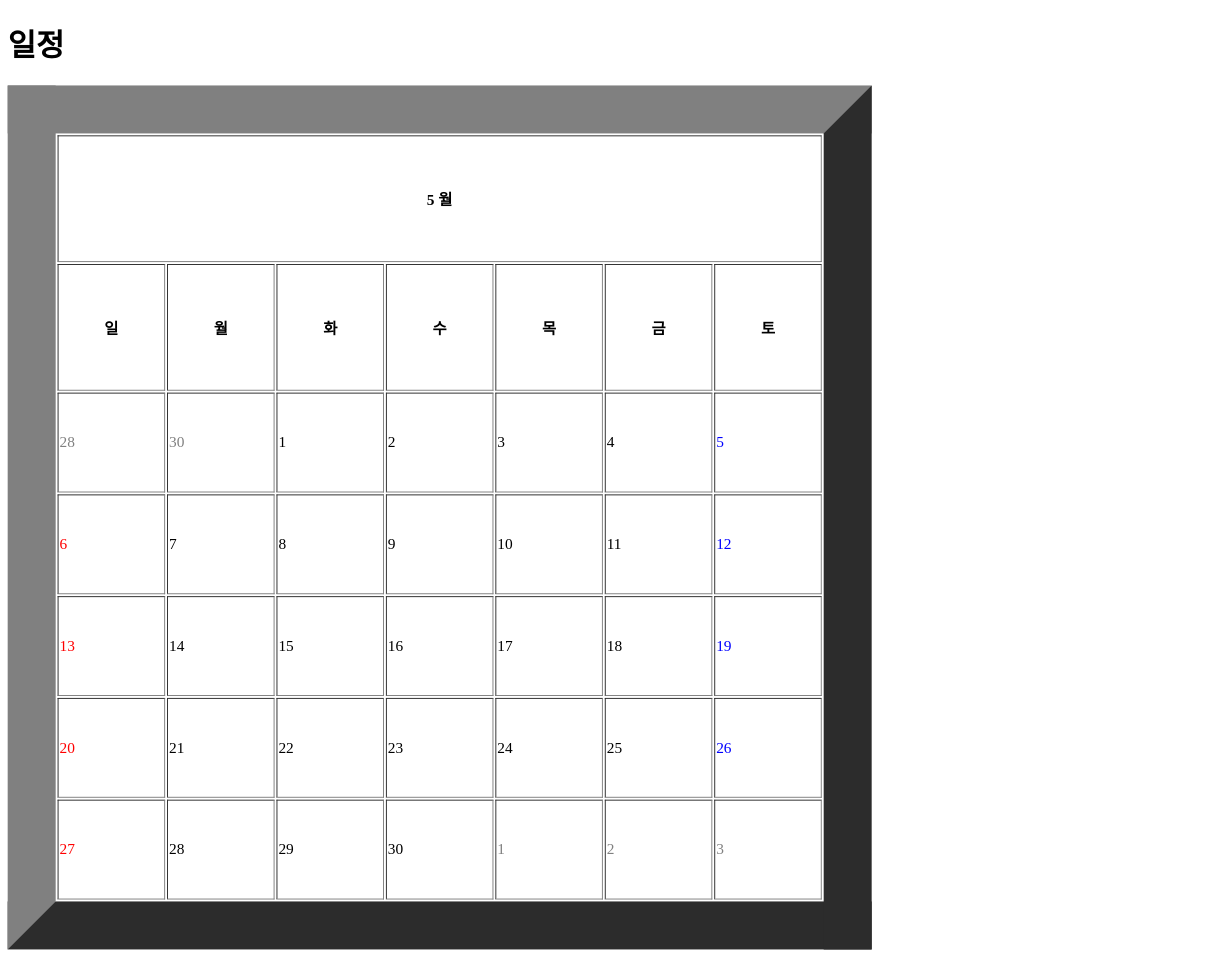
Repository: ssleap/multicampusIoT
Page: workspace190520/edu1/WebContent/workshop.html
The author's editor kept a copy of each file at every save. The page is drawn from the files as they stood at one save, then again after the next save.
The browser window is 1280 px wide. The pictures show the whole page, at 96% of full size.

Above is the page before, as saved 2019-05-20 07:41:03.

After the next save:
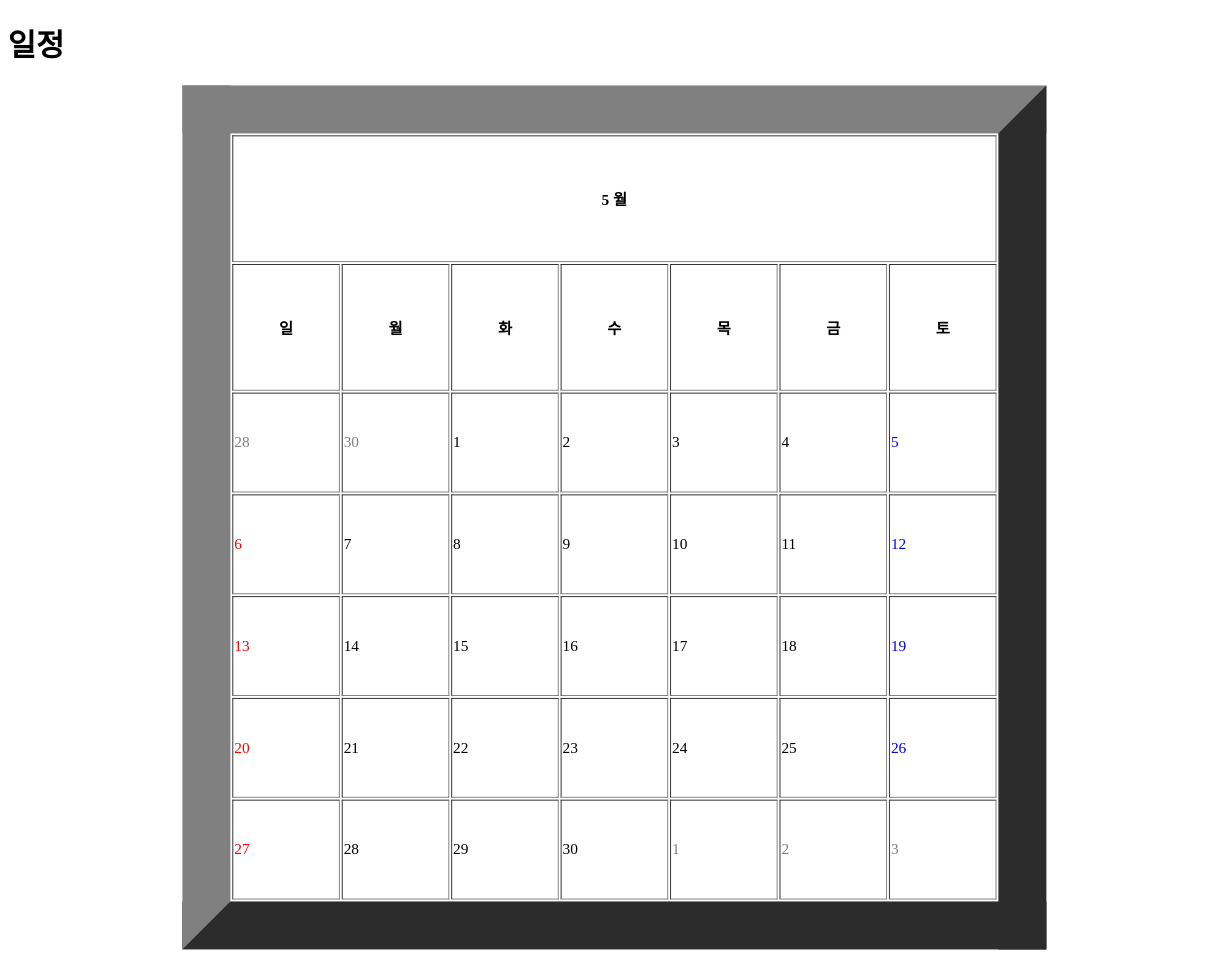
Saved 26 s later.
--- a/workspace190520/edu1/WebContent/workshop.html
+++ b/workspace190520/edu1/WebContent/workshop.html
@@ -8,7 +8,7 @@
 <body>
 	<h1>일정</h1>
 
-	<table width = "900" height = "900" border = "50">
+	<table align = "center" width = "900" height = "900" border = "50">
 		<tr><th colspan = "7">5 월</th></tr>
 		<tr><th>일</th><th>월</th><th>화</th><th>수</th>
 		<th>목</th><th>금</th><th>토</th></tr>

After the save that followed:
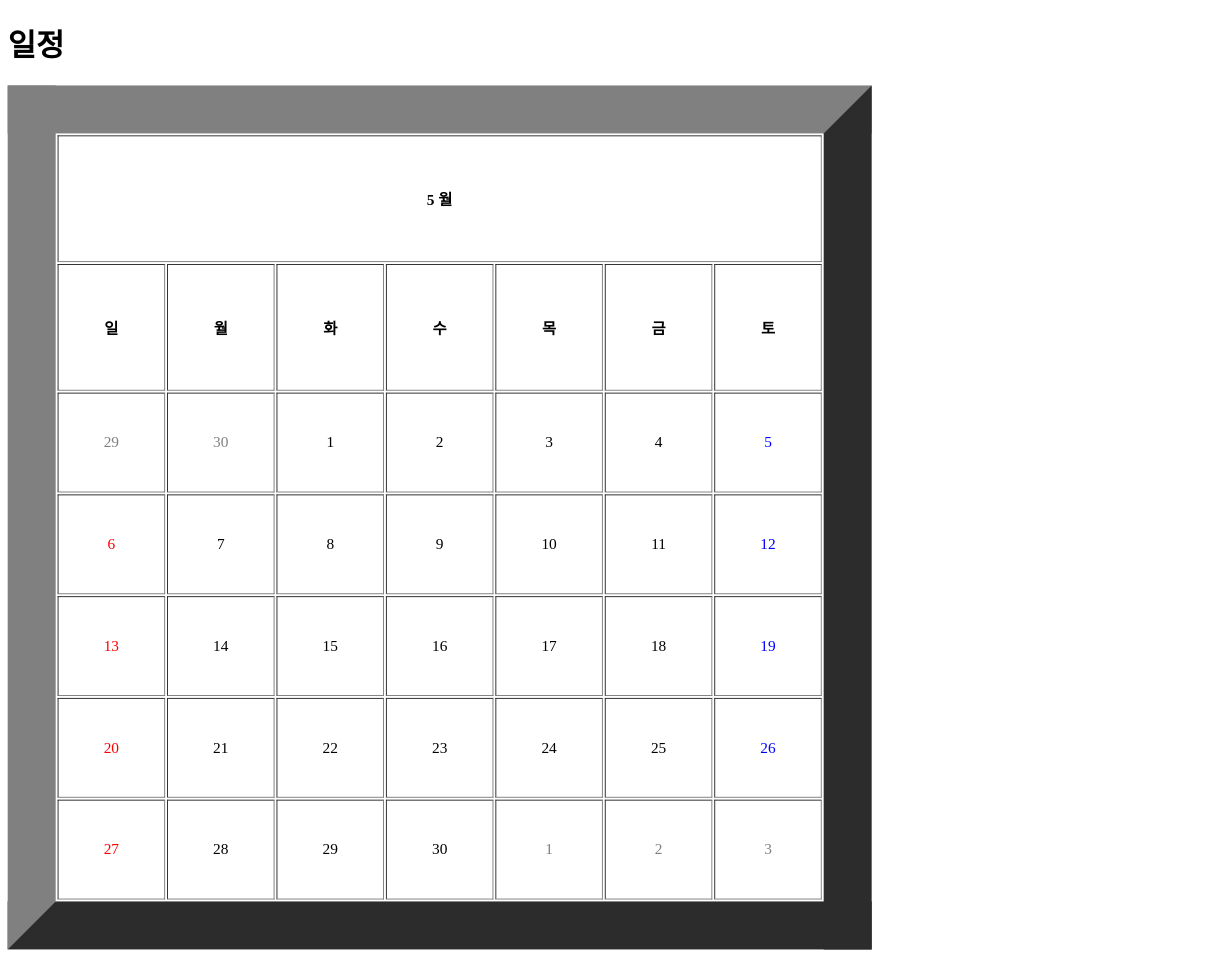
Saved 98 s later.
--- a/workspace190520/edu1/WebContent/workshop.html
+++ b/workspace190520/edu1/WebContent/workshop.html
@@ -8,35 +8,35 @@
 <body>
 	<h1>일정</h1>
 
-	<table align = "center" width = "900" height = "900" border = "50">
-		<tr><th colspan = "7">5 월</th></tr>
-		<tr><th>일</th><th>월</th><th>화</th><th>수</th>
+	<table  width = "900" height = "900" border = "50">
+		<tr align = "center"><th colspan = "7">5 월</th></tr>
+		<tr align = "center"><th>일</th><th>월</th><th>화</th><th>수</th>
 		<th>목</th><th>금</th><th>토</th></tr>
-		<tr>
-			<td style = "color : grey">28</td><td style = "color : grey">30</td>
+		<tr align = "center">
+			<td style = "color : grey">29</td><td style = "color : grey">30</td>
 			<td>1</td><td>2</td>
 			<td>3</td><td>4</td>
 			<td style = "color : blue">5</td>
 		</tr>
-		<tr>
+		<tr align = "center">
 			<td style = "color : red">6</td><td>7</td>
 			<td>8</td><td>9</td>
 			<td>10</td><td>11</td>
 			<td style = "color : blue">12</td>
 		</tr>
-		<tr>
+		<tr align = "center">
 			<td style = "color : red">13</td><td>14</td>
 			<td>15</td><td>16</td>
 			<td>17</td><td>18</td>
 			<td style = "color : blue">19</td>
 		</tr>
-		<tr>
+		<tr align = "center">
 			<td style = "color : red">20</td><td>21</td>
 			<td>22</td><td>23</td>
 			<td>24</td><td>25</td>
 			<td style = "color : blue">26</td>
 		</tr>
-		<tr>
+		<tr align = "center">
 			<td style = "color : red">27</td><td>28</td>
 			<td>29</td><td>30</td>
 			<td style = "color : grey">1</td><td style = "color : grey">2</td>
